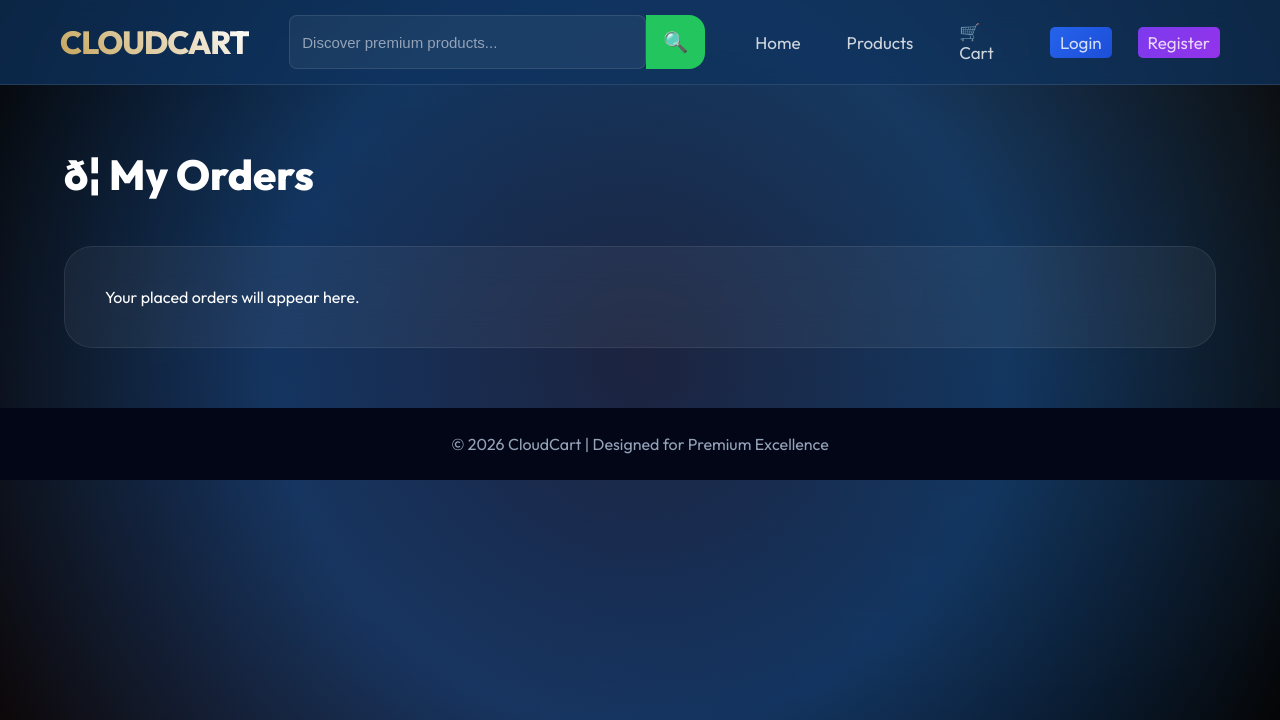
Repository: pradeepkumarh-17/Ecommerce
Page: http://localhost/EcomStore/orders
These files come from the project's save history. The page is drawn as it stood at one moment and after the next save; the edit follows.
The browser window is 1280 px wide. The pictures show the whole page.
Some web libraries are served in a nearby version. The page is served by Tomcat 10. Other server files are loaded and not shown.

Above is the page before, as saved 2026-05-08 17:08:38.

### EcomStore/src/main/webapp/views/user/orders.jsp
<%@ include file="../partials/header.jsp" %>

<link rel="stylesheet"
href="<%= request.getContextPath() %>/assets/css/account.css">

<div class="account-page">

    <h1>📦 My Orders</h1>

    <div class="account-card">

        <p>
            Your placed orders
            will appear here.
        </p>

    </div>

</div>

<%@ include file="../partials/footer.jsp" %>

### EcomStore/src/main/webapp/views/partials/header.jsp
<%@ page contentType="text/html; charset=UTF-8" %>

<%
    // =========================================
    // GET CART FROM SESSION
    // =========================================

    java.util.Map<Integer, Integer> cart =
        (java.util.Map<Integer, Integer>)
        session.getAttribute("cart");

    int cartCount = 0;

    if (cart != null) {

        for (int qty : cart.values()) {

            cartCount += qty;
        }
    }

    // =========================================
    // USER SESSION
    // =========================================

    Object loggedUser =
            session.getAttribute("user");

    String userName =
            (String) session.getAttribute("userName");
%>

<!DOCTYPE html>

<html lang="en">

<head>

    <meta charset="UTF-8">

    <meta name="viewport"
          content="width=device-width, initial-scale=1.0">

    <title>

        CloudCart | Premium Ecommerce

    </title>

    <!-- GOOGLE FONT -->

    <link rel="preconnect"
          href="https://fonts.googleapis.com">

    <link rel="preconnect"
          href="https://fonts.gstatic.com"
          crossorigin>

    <link href="https://fonts.googleapis.com/css2?family=Outfit:wght@300;400;600;800&display=swap"
          rel="stylesheet">

    <!-- CSS -->

    <link rel="stylesheet"
          href="<%= request.getContextPath() %>/assets/css/style.css">

    <link rel="stylesheet"
          href="<%= request.getContextPath() %>/assets/css/modern-ui.css">

    <!-- GSAP -->

    <script src="https://cdnjs.cloudflare.com/ajax/libs/gsap/3.12.2/gsap.min.js"></script>

    <script src="https://cdnjs.cloudflare.com/ajax/libs/gsap/3.12.2/ScrollTrigger.min.js"></script>

    <!-- HEADER STYLES -->

    <style>

        .cart-link {

            position: relative;

            display: inline-block;
        }

        .cart-badge {

            position: absolute;

            top: -6px;
            right: -10px;

            background: #ef4444;

            color: white;

            font-size: 10px;

            font-weight: bold;

            padding: 2px 6px;

            border-radius: 50%;

            min-width: 16px;

            text-align: center;
        }

        /* AUTH BUTTONS */

        .login-btn,
        .register-btn {

            padding: 10px 18px;

            border-radius: 12px;

            text-decoration: none;

            font-weight: 600;

            transition: 0.3s ease;
        }

        .login-btn {

            background:
                linear-gradient(
                    135deg,
                    #2563eb,
                    #1d4ed8
                );

            color: #ffffff !important;
        }

        .login-btn:hover {

            transform: translateY(-2px);

            box-shadow:
                0 10px 20px rgba(37,99,235,0.35);
        }

        .register-btn {

            background:
                linear-gradient(
                    135deg,
                    #7c3aed,
                    #9333ea
                );

            color: #ffffff !important;
        }

        .register-btn:hover {

            transform: translateY(-2px);

            box-shadow:
                0 10px 20px rgba(124,58,237,0.35);
        }

        /* USER */

        .user-pill {

            padding: 10px 16px;

            border-radius: 14px;

            background:
                rgba(255,255,255,0.08);

            color: #ffffff;

            font-weight: 600;
        }

    </style>

</head>

<body>

<header class="header">

    <!-- LOGO -->

    <div class="logo">

        CLOUD<span>CART</span>

    </div>

    <!-- SEARCH -->

    <div class="search-bar">

        <form action="<%= request.getContextPath() %>/product"
              method="GET">

            <input type="text"
                   name="search"

                   placeholder="Discover premium products...">

            <button type="submit">

                🔍

            </button>

        </form>

    </div>

    <!-- NAVIGATION -->

    <nav class="nav-links">

        <!-- HOME -->

        <a href="<%= request.getContextPath() %>/views/user/home.jsp">

            Home

        </a>

        <!-- PRODUCTS -->

        <a href="<%= request.getContextPath() %>/product">

            Products

        </a>

        <!-- CART -->

        <a href="<%= request.getContextPath() %>/cart"
           class="cart-link">

            🛒 Cart

            <% if(cartCount > 0){ %>

                <span class="cart-badge">

                    <%= cartCount %>

                </span>

            <% } %>

        </a>

        <!-- AUTH -->

        <% if(loggedUser == null){ %>

            <!-- LOGIN -->

            <a href="<%= request.getContextPath() %>/auth?action=login"
               class="login-btn">

                Login

            </a>

            <!-- REGISTER -->

            <a href="<%= request.getContextPath() %>/auth?action=register"
               class="register-btn">

                Register

            </a>

        <% } else { %>

            <!-- USER -->

       <!-- MINI USER ICON -->

<div class="user-menu">

    <!-- AVATAR -->

    <div class="nav-avatar">

        <%= userName.substring(0,1).toUpperCase() %>

    </div>

    <!-- DROPDOWN -->

    <div class="user-dropdown">

        <!-- USER INFO -->

        <div class="dropdown-user">

            <h4>

                <%= userName %>

            </h4>

            <p>

                Premium Account

            </p>

        </div>

        <!-- MENU OPTIONS -->

        <a href="<%= request.getContextPath() %>/wishlist">

            ❤️ Wishlist

        </a>

        <a href="<%= request.getContextPath() %>/orders">

            📦 My Orders

        </a>

        <a href="<%= request.getContextPath() %>/order-history">

            🧾 Order History

        </a>

        <a href="<%= request.getContextPath() %>/cart">

            🛒 My Cart

        </a>

        <a href="<%= request.getContextPath() %>/profile">

            👤 User Profile

        </a>

        <a href="<%= request.getContextPath() %>/settings">

            ⚙️ Account Settings

        </a>

        <a href="<%= request.getContextPath() %>/wishlist-page">

            💖 Wishlist Page

        </a>

        <a href="<%= request.getContextPath() %>/logout"
           class="logout-link">

            🚪 Logout

        </a>

    </div>

</div>

        <% } %>

    </nav>

</header>

### EcomStore/src/main/webapp/views/partials/footer.jsp
<footer class="footer">
    <div class="footer-content">
        <p>&copy; 2026 CloudCart | Designed for Premium Excellence</p>
    </div>
</footer>

<!-- Modern UI Logic -->
<script src="<%= request.getContextPath() %>/assets/js/modern-ui.js"></script>

</body>
</html>

### EcomStore/src/main/java/com/ecommerce/controller/OrdersController.java
package com.ecommerce.controller;

import jakarta.servlet.*;
import jakarta.servlet.http.*;
import jakarta.servlet.annotation.WebServlet;

import java.io.IOException;

@WebServlet("/orders")
public class OrdersController extends HttpServlet {

    @Override
    protected void doGet(
            HttpServletRequest req,
            HttpServletResponse res)

            throws ServletException, IOException {

        RequestDispatcher rd =
                req.getRequestDispatcher(
                        "/views/user/orders.jsp"
                );

        rd.forward(req, res);
    }
}

### EcomStore/src/main/webapp/assets/css/style.css
/* =========================================
   GLOBAL
========================================= */

*{
    margin:0;
    padding:0;
    box-sizing:border-box;
}

body{

    font-family:'Outfit',sans-serif;

    background:
        radial-gradient(circle at top left,#163c78 0%,transparent 25%),
        radial-gradient(circle at bottom right,#1e3a8a 0%,transparent 25%),
        linear-gradient(135deg,#020617,#0f172a,#111827);

    color:#ffffff;

    overflow-x:hidden;
}

/* =========================================
   HEADER
========================================= */

.header{

    width:100%;

    display:flex;

    align-items:center;

    justify-content:space-between;

    padding:18px 50px;

    background:#0f2d5c;

    border-bottom:
        1px solid rgba(255,255,255,0.08);

    position:sticky;

    top:0;

    z-index:1000;
}

/* LOGO */

.logo{

    font-size:42px;

    font-weight:800;

    letter-spacing:1px;

    color:#f5d487;
}

.logo span{

    color:#ffffff;
}

/* =========================================
   SEARCH BAR
========================================= */

.search-bar{

    width:420px;

    margin:0 40px;
}

.search-bar form{

    display:flex;

    align-items:center;
}

.search-bar input{

    width:100%;

    height:54px;

    padding:0 20px;

    border:none;

    outline:none;

    border-radius:16px 0 0 16px;

    background:
        rgba(255,255,255,0.08);

    color:#ffffff;

    font-size:15px;
}

.search-bar input::placeholder{

    color:#94a3b8;
}

.search-bar button{

    width:70px;

    height:54px;

    border:none;

    border-radius:0 16px 16px 0;

    background:#22c55e;

    color:#ffffff;

    font-size:20px;

    cursor:pointer;

    transition:0.3s ease;
}

.search-bar button:hover{

    background:#16a34a;
}

/* =========================================
   NAVBAR
========================================= */

.nav-links{

    display:flex;

    align-items:center;

    gap:26px;

    margin-left:auto;

    flex-wrap:nowrap;
}

.nav-links a{

    text-decoration:none;

    color:#ffffff;

    font-size:17px;

    font-weight:500;

    transition:0.3s ease;
}

.nav-links a:hover{

    color:#f5d487;
}

/* =========================================
   CART
========================================= */

.cart-link{

    position:relative;
}

.cart-badge{

    position:absolute;

    top:-8px;
    right:-12px;

    background:#ef4444;

    color:#ffffff;

    width:20px;
    height:20px;

    border-radius:50%;

    display:flex;

    align-items:center;

    justify-content:center;

    font-size:11px;

    font-weight:700;
}

/* =========================================
   USER AVATAR
========================================= */

.user-menu{

    position:relative;
}

.nav-avatar{

    width:38px;
    height:38px;

    border-radius:50%;

    background:
        linear-gradient(
            135deg,
            #2563eb,
            #7c3aed
        );

    display:flex;

    align-items:center;

    justify-content:center;

    color:#ffffff;

    font-size:14px;

    font-weight:700;

    cursor:pointer;

    transition:0.3s ease;
}

.nav-avatar:hover{

    transform:scale(1.08);

    box-shadow:
        0 0 18px rgba(59,130,246,0.45);
}

/* =========================================
   USER DROPDOWN
========================================= */

.user-dropdown{

    position:absolute;

    top:52px;

    right:0;

    width:220px;

    background:
        rgba(15,23,42,0.98);

    border:
        1px solid rgba(255,255,255,0.08);

    border-radius:18px;

    backdrop-filter:blur(20px);

    padding:12px;

    display:none;

    flex-direction:column;

    gap:6px;

    z-index:999;
}

.user-menu:hover .user-dropdown{

    display:flex;
}

/* USER INFO */

.dropdown-user{

    padding:10px;

    border-bottom:
        1px solid rgba(255,255,255,0.08);

    margin-bottom:8px;
}

.dropdown-user h4{

    font-size:15px;

    color:#ffffff;
}

.dropdown-user p{

    color:#94a3b8;

    font-size:12px;
}

/* DROPDOWN LINKS */

.user-dropdown a{

    padding:12px;

    border-radius:12px;

    text-decoration:none;

    color:#ffffff;

    font-size:14px;

    transition:0.3s ease;
}

.user-dropdown a:hover{

    background:
        rgba(255,255,255,0.08);

    transform:translateX(4px);
}

.logout-link{

    color:#f87171 !important;
}

/* =========================================
   HERO SECTION
========================================= */

.hero{

    height:620px;

    margin:26px;

    border-radius:36px;

    overflow:hidden;

    position:relative;

    background:
        linear-gradient(rgba(0,0,0,0.55),
        rgba(0,0,0,0.55)),
        url("/EcomStore/assets/images/download(3).jpeg");

    background-size:cover;

    background-position:center;

    display:flex;

    align-items:center;

    justify-content:center;

    text-align:center;
}

/* HERO CONTENT */

.hero-content{

    z-index:2;
}

.hero h1{

    font-size:88px;

    font-weight:800;

    margin-bottom:20px;

    line-height:1.1;
}

.hero p{

    font-size:34px;

    margin-bottom:34px;

    color:#fb923c;
}

/* BUTTON */

.btn{

    display:inline-block;

    padding:18px 42px;

    border-radius:22px;

    background:#d4af37;

    color:#000000;

    text-decoration:none;

    font-weight:700;

    font-size:22px;

    transition:0.3s ease;
}

.btn:hover{

    transform:translateY(-3px);

    background:#f5d487;
}

/* =========================================
   PRODUCTS
========================================= */

.products{

    padding:60px 50px;
}

.section-title{

    font-size:42px;

    margin-bottom:40px;

    font-weight:800;
}

.product-grid{

    display:grid;

    grid-template-columns:
        repeat(auto-fit,minmax(260px,1fr));

    gap:30px;
}

/* CARD */

.product-card{

    background:
        rgba(255,255,255,0.05);

    border:
        1px solid rgba(255,255,255,0.08);

    border-radius:28px;

    overflow:hidden;

    transition:0.35s ease;

    backdrop-filter:blur(16px);
}

.product-card:hover{

    transform:
        translateY(-10px);

    box-shadow:
        0 20px 40px rgba(0,0,0,0.35);
}

/* IMAGE */

.product-card img{

    width:100%;

    height:280px;

    object-fit:cover;
}

/* INFO */

.product-info{

    padding:22px;
}

.product-info h3{

    font-size:22px;

    margin-bottom:12px;
}

.price{

    color:#22c55e;

    font-size:24px;

    font-weight:700;

    margin-bottom:18px;
}

/* BUTTON */

.cart-btn{

    width:100%;

    height:52px;

    border:none;

    border-radius:16px;

    background:
        linear-gradient(
            135deg,
            #2563eb,
            #7c3aed
        );

    color:#ffffff;

    font-size:15px;

    font-weight:700;

    cursor:pointer;

    transition:0.3s ease;
}

.cart-btn:hover{

    transform:translateY(-2px);
}

/* =========================================
   FOOTER
========================================= */

.footer{

    padding:26px;

    text-align:center;

    background:#020617;

    color:#94a3b8;

    margin-top:60px;
}

/* =========================================
   RESPONSIVE
========================================= */

@media(max-width:992px){

    .header{

        flex-direction:column;

        gap:20px;
    }

    .search-bar{

        width:100%;

        margin:0;
    }

    .hero h1{

        font-size:54px;
    }

    .hero p{

        font-size:24px;
    }
}

@media(max-width:768px){

    .nav-links{

        gap:18px;

        flex-wrap:wrap;

        justify-content:center;
    }

    .hero{

        height:500px;
    }

    .hero h1{

        font-size:42px;
    }

    .hero p{

        font-size:20px;
    }
}

### EcomStore/src/main/webapp/assets/css/modern-ui.css
:root {
    --primary: #c5a358; /* Gold accent */
    --secondary: #1a1a2e; /* Deep dark blue */
    --accent: #e94560; /* Vibrant pink/red */
    --bg-dark: #0f3460;
    --glass: rgba(255, 255, 255, 0.05);
    --glass-border: rgba(255, 255, 255, 0.1);
    --glass-text: rgba(255, 255, 255, 0.8);
    --shadow-3d: 0 20px 40px rgba(0,0,0,0.4), 0 10px 10px rgba(0,0,0,0.2);
    --transition-fast: 0.3s cubic-bezier(0.4, 0, 0.2, 1);
    --transition-slow: 0.6s cubic-bezier(0.4, 0, 0.2, 1);
}

@import url('https://fonts.googleapis.com/css2?family=Outfit:wght@300;400;600;800&display=swap');

body {
    margin: 0;
    font-family: 'Outfit', sans-serif;
    background: #050505;
    color: #fff;
    overflow-x: hidden;
    scroll-behavior: smooth;
}

/* Animated Gradient Background */
.bg-animation {
    position: fixed;
    top: 0;
    left: 0;
    width: 100%;
    height: 100%;
    background: radial-gradient(circle at 50% 50%, #16213e 0%, #0f3460 50%, #050505 100%);
    z-index: -1;
    overflow: hidden;
}

.bg-animation::after {
    content: '';
    position: absolute;
    top: -50%;
    left: -50%;
    width: 200%;
    height: 200%;
    background: radial-gradient(circle at 30% 30%, rgba(197, 163, 88, 0.05) 0%, transparent 40%),
                radial-gradient(circle at 70% 70%, rgba(233, 69, 96, 0.05) 0%, transparent 40%);
    animation: rotateBG 20s linear infinite;
}

@keyframes rotateBG {
    0% { transform: rotate(0deg); }
    100% { transform: rotate(360deg); }
}

/* 3D Perspective Container */
.container-3d {
    perspective: 1000px;
}

/* Glassmorphism Header */
.header {
    background: rgba(15, 52, 96, 0.7) !important;
    backdrop-filter: blur(15px);
    border-bottom: 1px solid var(--glass-border);
    position: sticky;
    top: 0;
    z-index: 1000;
    padding: 15px 60px !important;
    transition: var(--transition-fast);
}

.header.scrolled {
    padding: 10px 60px !important;
    background: rgba(15, 52, 96, 0.9) !important;
}

.logo {
    font-size: 32px !important;
    background: linear-gradient(45deg, var(--primary), #fff);
    -webkit-background-clip: text;
    background-clip: text;
    -webkit-text-fill-color: transparent;
    font-weight: 800 !important;
    letter-spacing: -1px;
}

.nav-links a {
    color: var(--glass-text) !important;
    position: relative;
    font-weight: 400 !important;
    padding: 5px 10px;
    border-radius: 5px;
    transition: var(--transition-fast);
}

.nav-links a::after {
    content: '';
    position: absolute;
    bottom: 0;
    left: 50%;
    width: 0;
    height: 2px;
    background: var(--primary);
    transition: var(--transition-fast);
    transform: translateX(-50%);
}

.nav-links a:hover {
    color: #fff !important;
}

.nav-links a:hover::after {
    width: 80%;
}

/* 3D Glass Product Card */
.product-card {
    background: var(--glass) !important;
    backdrop-filter: blur(10px);
    border: 1px solid var(--glass-border) !important;
    border-radius: 20px !important;
    padding: 20px !important;
    transform-style: preserve-3d;
    transition: transform 0.5s cubic-bezier(0.23, 1, 0.32, 1), box-shadow 0.5s ease !important;
    position: relative;
}

.product-card:hover {
    transform: translateY(-10px) rotateX(5deg) rotateY(-5deg) !important;
    box-shadow: 0 30px 60px rgba(0,0,0,0.6) !important;
    border-color: var(--primary) !important;
}

.product-card img {
    border-radius: 15px !important;
    transform: translateZ(20px);
    transition: var(--transition-fast);
    box-shadow: 0 10px 20px rgba(0,0,0,0.3);
}

.product-card h3 {
    color: #fff !important;
    transform: translateZ(30px);
    margin: 15px 0 5px 0 !important;
}

.product-card .price {
    color: var(--primary) !important;
    transform: translateZ(25px);
    font-size: 20px !important;
}

.cart-btn {
    background: linear-gradient(45deg, var(--primary), #b08d42) !important;
    border: none !important;
    border-radius: 30px !important;
    color: #000 !important;
    font-weight: 700 !important;
    padding: 12px !important;
    margin-top: 15px !important;
    transform: translateZ(40px);
    transition: var(--transition-fast) !important;
    cursor: pointer;
}

.cart-btn:hover {
    background: #fff !important;
    transform: translateZ(50px) scale(1.05) !important;
    box-shadow: 0 0 20px var(--primary);
}

/* Hero Section Enhancement */
.hero {
    height: 450px !important;
    border-radius: 30px !important;
    position: relative;
    overflow: hidden;
    background: none !important;
    border: 1px solid var(--glass-border);
}

.hero::before {
    content: '';
    position: absolute;
    top: 0;
    left: 0;
    width: 100%;
    height: 100%;
    background: linear-gradient(rgba(0,0,0,0.2), rgba(0,0,0,0.8)), url('https://images.unsplash.com/photo-1441986300917-64674bd600d8?ixlib=rb-1.2.1&auto=format&fit=crop&w=1350&q=80');
    background-size: cover;
    background-position: center;
    z-index: -1;
    transition: transform 5s ease;
}

.hero:hover::before {
    transform: scale(1.1);
}

.hero h1 {
    font-size: 64px !important;
    color: #fff !important;
    text-shadow: 0 10px 20px rgba(0,0,0,0.5);
    margin-bottom: 20px !important;
}

.hero .btn {
    background: var(--primary) !important;
    color: #000 !important;
    padding: 15px 40px !important;
    border-radius: 50px !important;
    font-size: 18px !important;
    box-shadow: 0 10px 20px rgba(197, 163, 88, 0.3);
}

/* Category Cards */
.category-card {
    background: var(--glass) !important;
    border: 1px solid var(--glass-border) !important;
    color: #fff !important;
    border-radius: 15px !important;
    padding: 20px 40px !important;
    transition: var(--transition-fast) !important;
}

.category-card:hover {
    background: var(--primary) !important;
    color: #000 !important;
    transform: scale(1.1) rotate(2deg) !important;
}

/* Forms */
input, select, textarea {
    background: rgba(255,255,255,0.05) !important;
    border: 1px solid var(--glass-border) !important;
    color: #fff !important;
    border-radius: 8px !important;
    padding: 12px !important;
    transition: var(--transition-fast);
}

input:focus {
    border-color: var(--primary) !important;
    background: rgba(255,255,255,0.1) !important;
    box-shadow: 0 0 15px rgba(197, 163, 88, 0.2);
    outline: none;
}

/* Premium Scrollbar */
::-webkit-scrollbar {
    width: 8px;
}

::-webkit-scrollbar-track {
    background: #050505;
}

::-webkit-scrollbar-thumb {
    background: var(--primary);
    border-radius: 10px;
}

::-webkit-scrollbar-thumb:hover {
    background: #fff;
}

### EcomStore/src/main/webapp/assets/css/account.css
@charset "UTF-8";
.account-page{

    width:90%;

    max-width:1200px;

    margin:60px auto;

    color:#ffffff;
}

.account-page h1{

    font-size:42px;

    margin-bottom:30px;
}

.account-card{

    background:
        rgba(255,255,255,0.05);

    border:
        1px solid rgba(255,255,255,0.08);

    border-radius:28px;

    padding:40px;

    backdrop-filter:blur(18px);
}

.profile-item{

    display:flex;

    justify-content:space-between;

    padding:18px 0;

    border-bottom:
        1px solid rgba(255,255,255,0.08);
}

.profile-item strong{

    color:#93c5fd;
}

Loaded but not shown: EcomStore/src/main/webapp/assets/js/modern-ui.js (103 lines, source omitted)

After the next save:
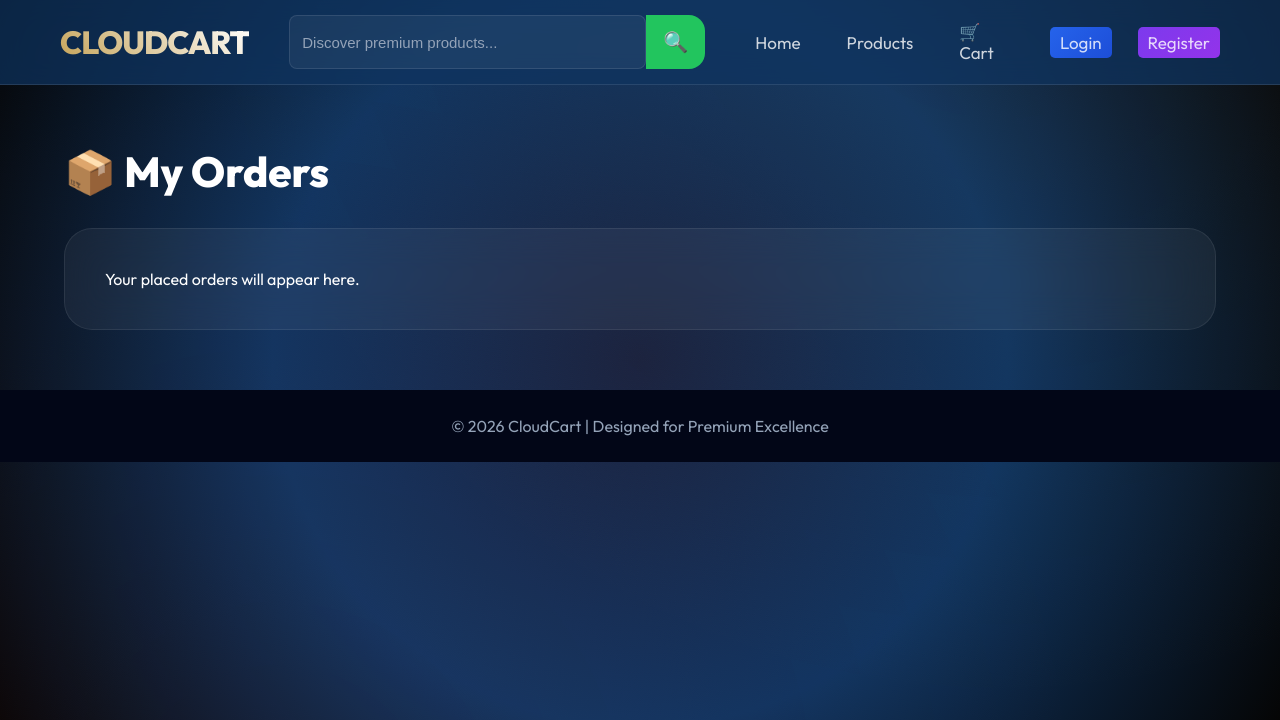
Saved 100 s later.
--- a/EcomStore/src/main/webapp/views/user/orders.jsp
+++ b/EcomStore/src/main/webapp/views/user/orders.jsp
@@ -5,7 +5,7 @@ href="<%= request.getContextPath() %>/assets/css/account.css">
 
 <div class="account-page">
 
-    <h1>📦 My Orders</h1>
+    <h1>&#128230; My Orders</h1>
 
     <div class="account-card">
 
